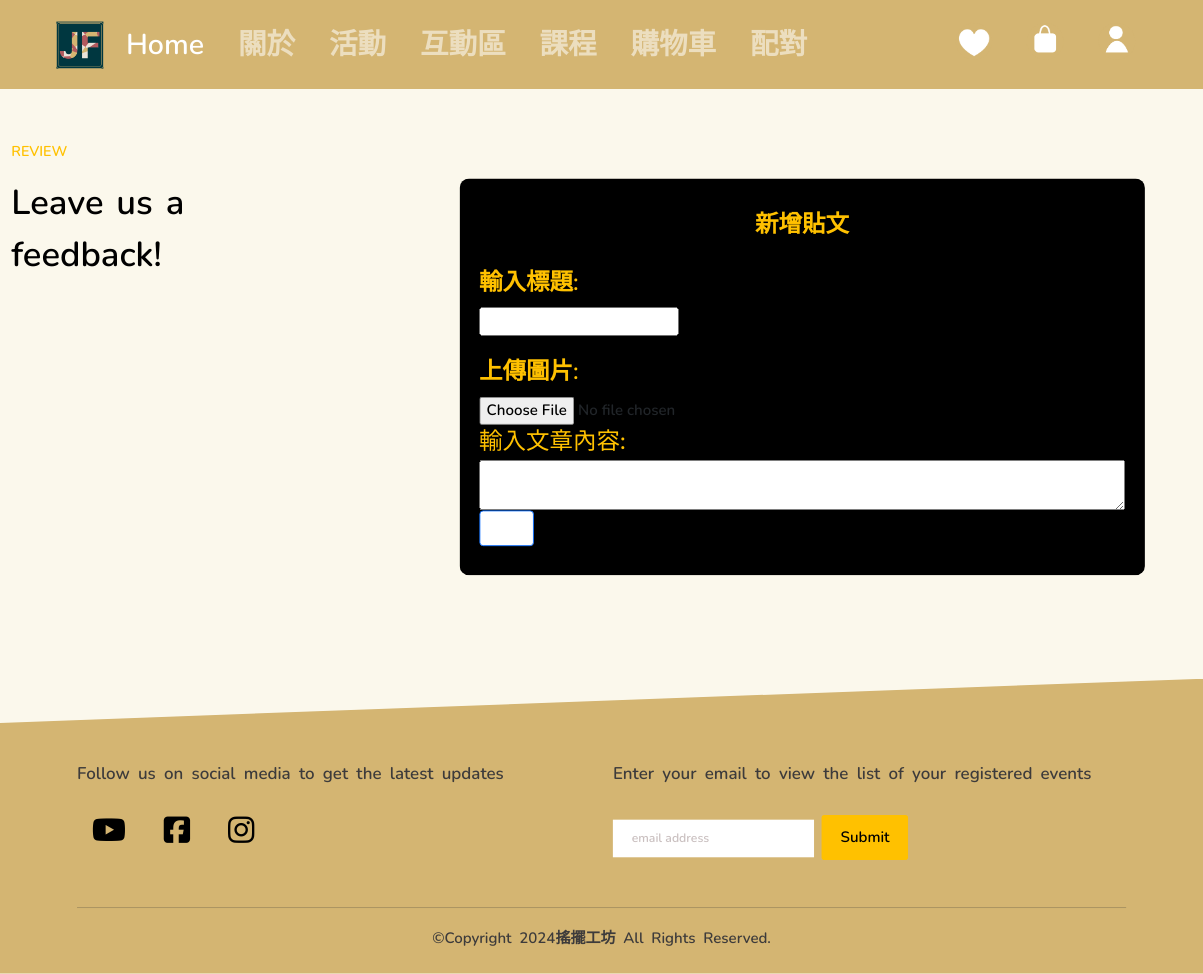
Repository: mmmooonnn0211/project
Page: workspace/demoSpringBoot-1/src/main/resources/static/html/LTInsertFront.html
These files come from the project's save history. The page is drawn as it stood at one moment and after the next save; the edit follows.
The browser window is 1280 px wide. The pictures show the whole page, at 94% of full size.
Some web libraries are served in a nearby version.

Above is the page before, as saved 2024-05-08 19:45:43.
Console error: SyntaxError: Unexpected identifier 'tsByName'

After the next save:
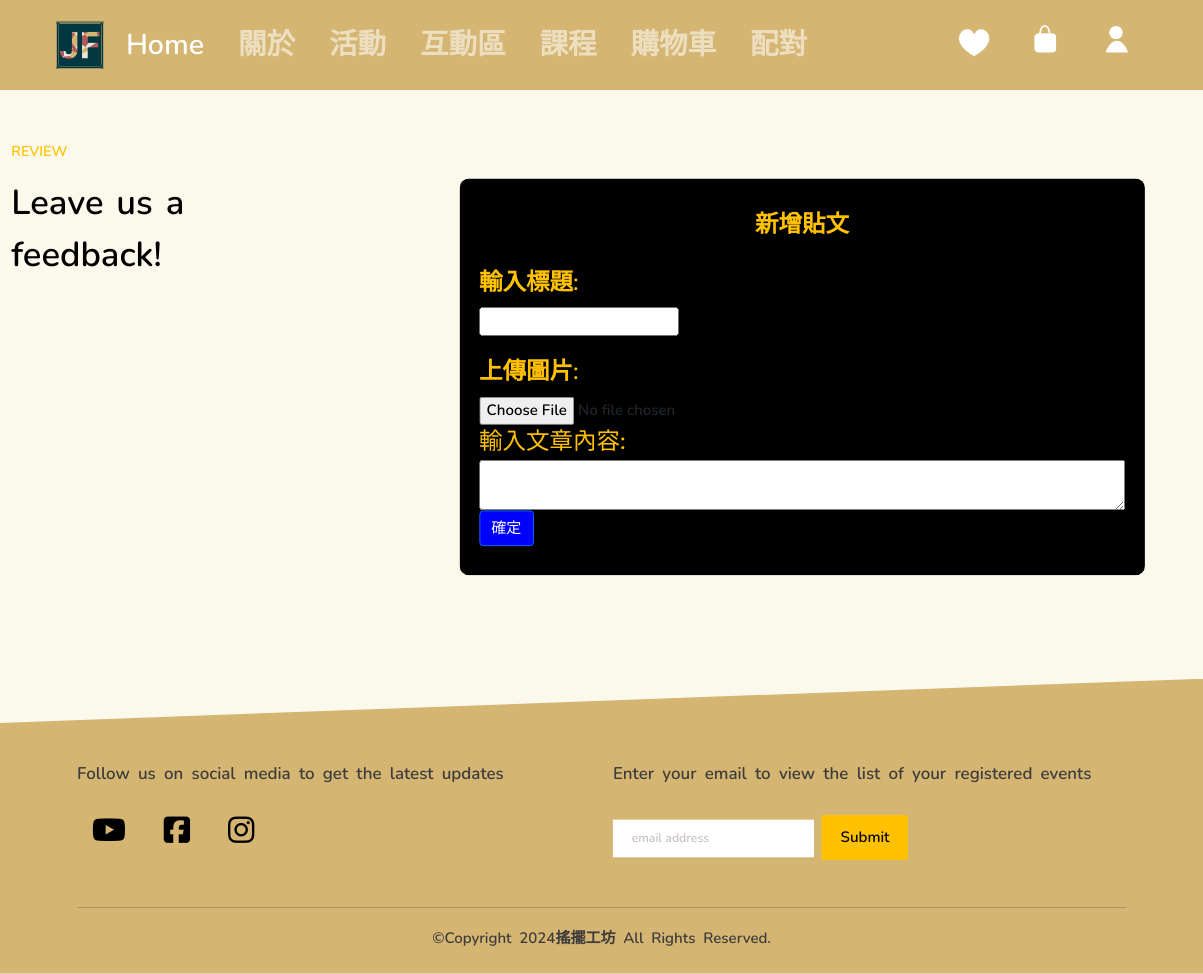
Saved 14 s later.
--- a/workspace/demoSpringBoot-1/src/main/resources/static/html/LTInsertFront.html
+++ b/workspace/demoSpringBoot-1/src/main/resources/static/html/LTInsertFront.html
@@ -72,7 +72,7 @@
 
 								<div>
 									<button type="submit" class="btn btn-primary"
-										style="background-color:white">確定</button>
+										style="background-color:blue">確定</button>
 								</div>
 							</div>
 						</div>
